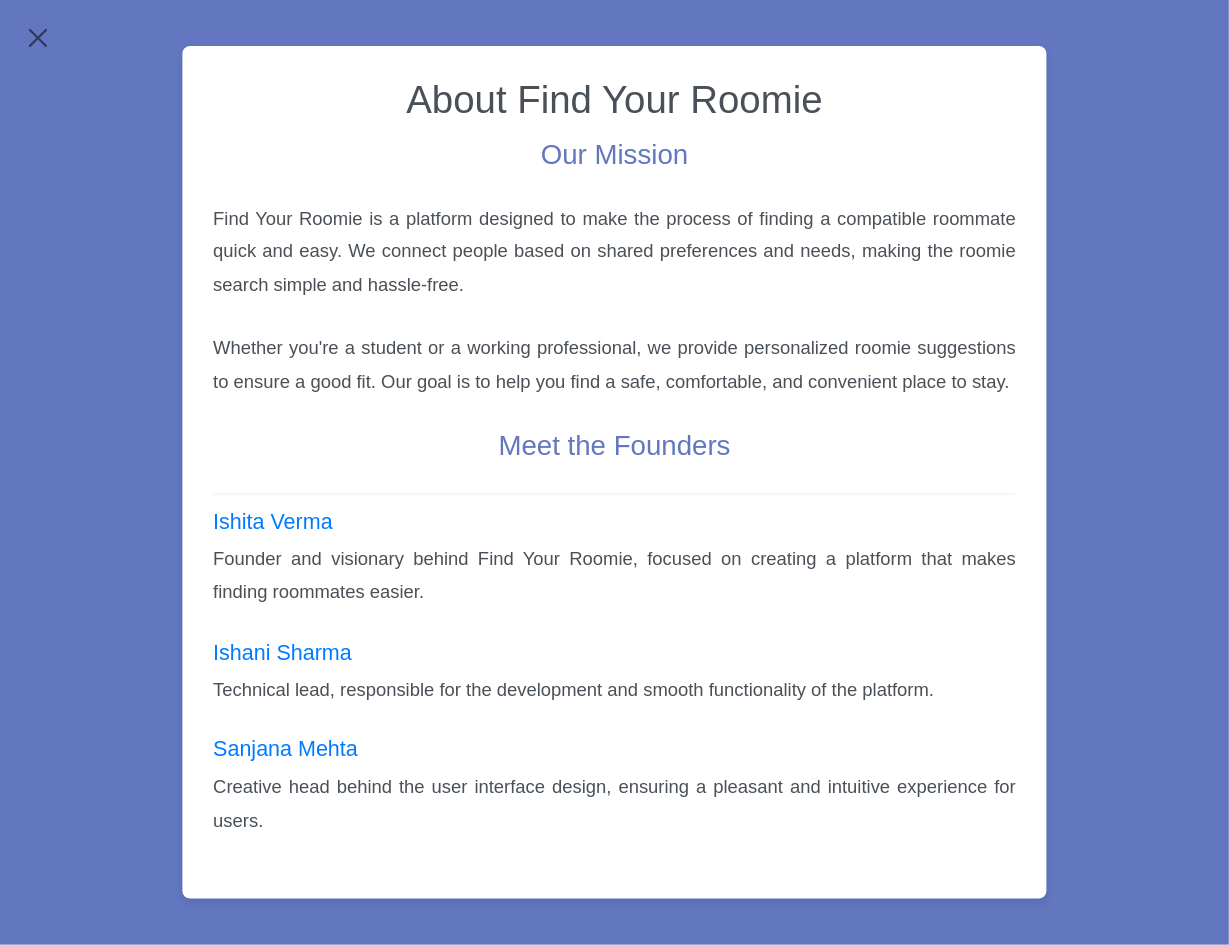
Repository: Sanjana-Inapakolla/Find-your-Roomie-website
Page: http://localhost/MiniProject/About.jsp
These files come from the project's save history. The page is drawn as it stood at one moment and after the next save; the edit follows.
The browser window is 1280 px wide. The pictures show the whole page, at 96% of full size.
The page is served by Tomcat 10. Other server files are loaded and not shown.

Above is the page before, as saved 2024-11-13 09:13:01.

### mini-project(jfst)/MiniProject/src/main/webapp/About.jsp
<%@ page language="java" contentType="text/html; charset=ISO-8859-1"
    pageEncoding="ISO-8859-1"%>
<!DOCTYPE html>
<html lang="en">
<head>
    <meta charset="ISO-8859-1">
    <title>About Us - Find Your Roomie</title>
    <link href="https://cdn.jsdelivr.net/npm/bootstrap@5.3.3/dist/css/bootstrap.min.css" rel="stylesheet" integrity="sha384-QWTKZyjpPEjISv5WaRU9OFeRpok6YctnYmDr5pNlyT2bRjXh0JMhjY6hW+ALEwIH" crossorigin="anonymous">
    <style>
        /* General Body Styling */
        body {
            font-family: 'Arial', sans-serif;
            background-color: #6277bf;
            margin: 0;
            padding: 0;
        }

        /* Container for the About Section */
        .about-container {
            width: 80%;
            max-width: 900px;
            margin: 3rem auto;
            background-color:#ffffff;
            border-radius: 8px;
            box-shadow: 0 4px 10px rgba(0, 0, 0, 0.1);
            padding: 2rem;
        }

        /* Title Styling */
        .about-container h1 {
            font-size: 2.5rem;
            color: #495057;
            text-align: center;
            margin-bottom: 1rem;
        }

        /* Subheading Styling */
        .about-container h2 {
            font-size: 1.8rem;
            color: #6277bf;
            text-align: center;
            margin-bottom: 2rem;
        }


        .about-container p {
            font-size: 1.2rem;
            line-height: 1.8;
            color: #495057;
            text-align: justify;
            margin-bottom: 2rem;
        }

        /* Founders Section Styling */
        .founders-section {
            margin-top: 2rem;
            padding-top: 1rem;
            border-top: 1px solid #eee;
        }

        .founder {
            font-size: 1.1rem;
            color: #495057;
            margin-bottom: 1rem;
        }

        .founder h3 {
            font-size: 1.4rem;
            color: #007bff;
            margin-bottom: 0.5rem;
        }

        /* Responsive Layout for Smaller Screens */
        @media screen and (max-width: 768px) {
            .about-container {
                width: 90%;
            }
        }
         .btn-close {
    position: absolute;
    top: 20px;
    left: 20px;
    width: 30px;
    height: 30px;
    font-size: 1.2rem;
  }

    </style>
</head>
<body>
<button type="button" class="btn-close" aria-label="Close" onclick="window.location.href='home.html';"></button>
    <div class="about-container">
        <h1>About Find Your Roomie</h1>

        <h2>Our Mission</h2>
        <p>
            Find Your Roomie is a platform designed to make the process of finding a compatible roommate quick and easy.
            We connect people based on shared preferences and needs, making the roomie search simple and hassle-free.
        </p>

        <p>
            Whether you're a student or a working professional, we provide personalized roomie suggestions to ensure a good fit.
            Our goal is to help you find a safe, comfortable, and convenient place to stay.
        </p>

        <h2>Meet the Founders</h2>
        <div class="founders-section">
            <div class="founder">
                <h3>Ishita Verma</h3>
                <p>Founder and visionary behind Find Your Roomie, focused on creating a platform that makes finding roommates easier.</p>
            </div>
            <div class="founder">
                <h3>Ishani Sharma</h3>
                <p>Technical lead, responsible for the development and smooth functionality of the platform.</p>
            </div>
            <div class="founder">
                <h3>Sanjana Mehta</h3>
                <p>Creative head behind the user interface design, ensuring a pleasant and intuitive experience for users.</p>
            </div>
        </div>
    </div>
<script src="https://cdn.jsdelivr.net/npm/bootstrap@5.3.3/dist/js/bootstrap.bundle.min.js" integrity="sha384-YvpcrYf0tY3lHB60NNkmXc5s9fDVZLESaAA55NDzOxhy9GkcIdslK1eN7N6jIeHz" crossorigin="anonymous"></script>
</body>
</html>

After the next save:
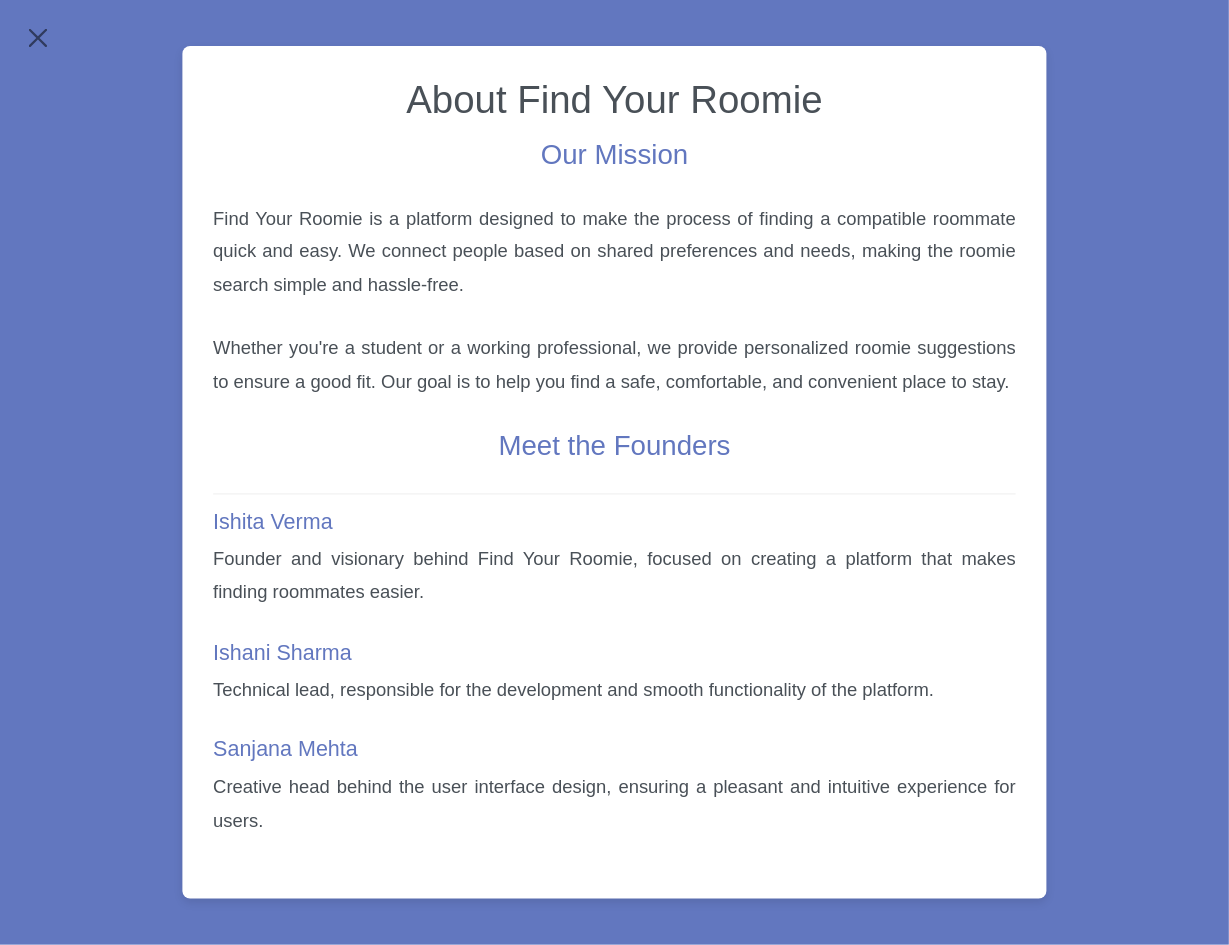
Saved 10 s later.
--- a/mini-project(jfst)/MiniProject/src/main/webapp/About.jsp
+++ b/mini-project(jfst)/MiniProject/src/main/webapp/About.jsp
@@ -66,7 +66,7 @@
 
         .founder h3 {
             font-size: 1.4rem;
-            color: #007bff;
+            color: #6277bf;
             margin-bottom: 0.5rem;
         }
 
